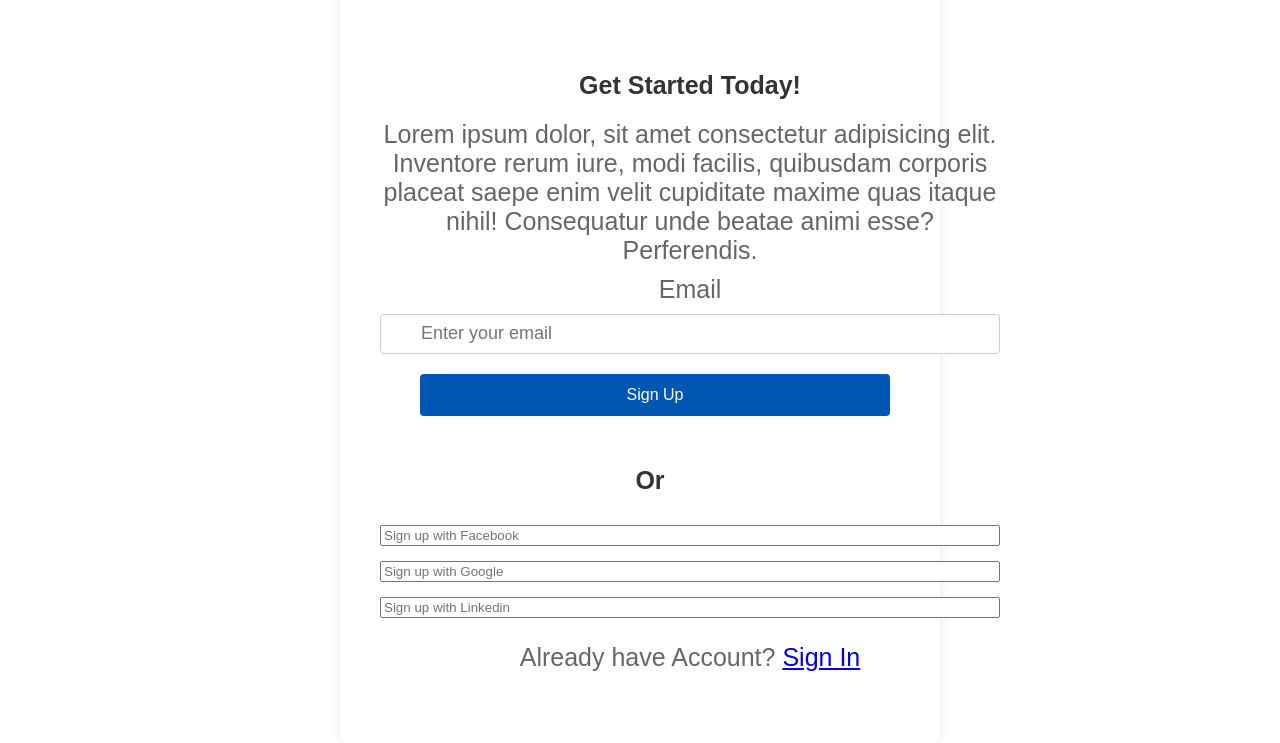
Repository: Femi007-gh/LOGIN-INTERFACE
Page: index.html
An editor plug-in stored every save of this project. The page is shown before and after a run of saves, followed by the edit.
The browser window is 1280 px wide. The pictures show the whole page.

Above is the page before, as saved 2025-01-21 13:23:24.

After the next 4 saves:
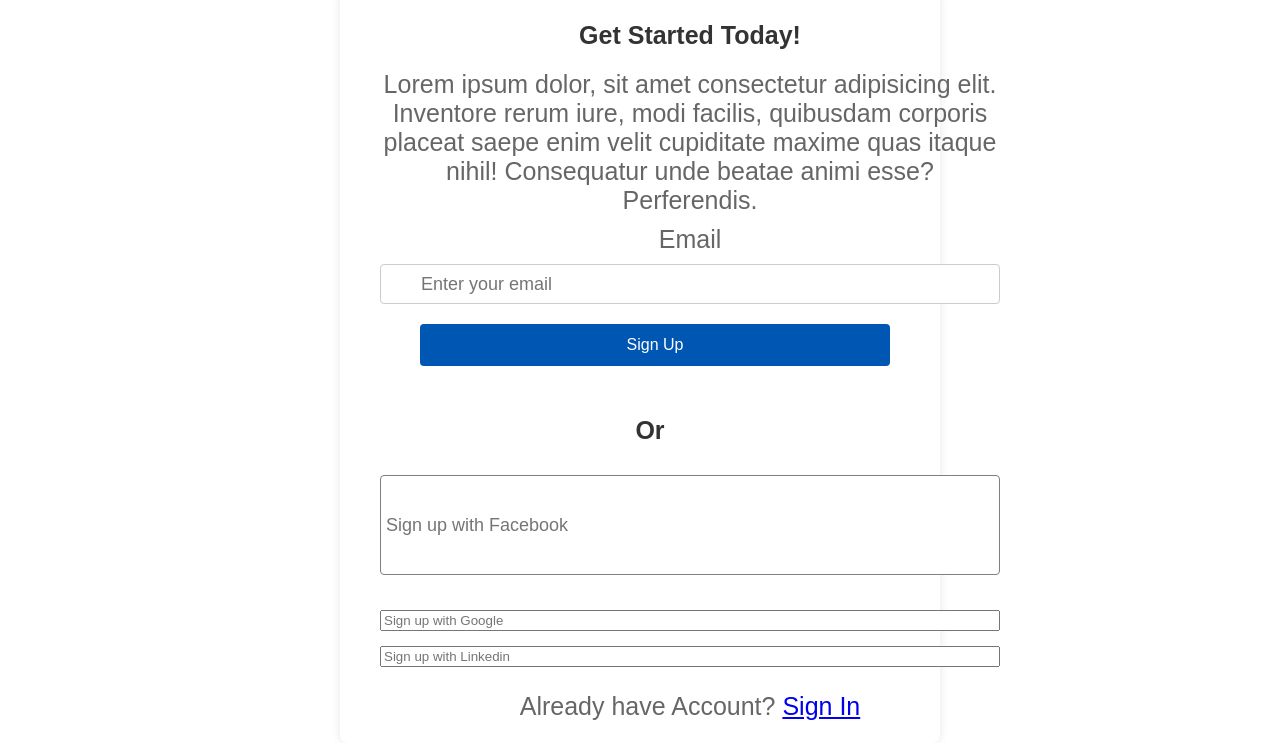
The 4 saves are shown as one change because they came seconds apart.
The last was saved 11 s later.
--- a/style.css
+++ b/style.css
@@ -84,9 +84,7 @@ input[type="email"], input[type="text"] {
   margin-bottom: 30px;
   margin-right: 80px;
 }
-
-
-input[type="small"],  {
+ .small {
   height: 100px;
   border: 1px solid grey;
   border-radius: 4px;
